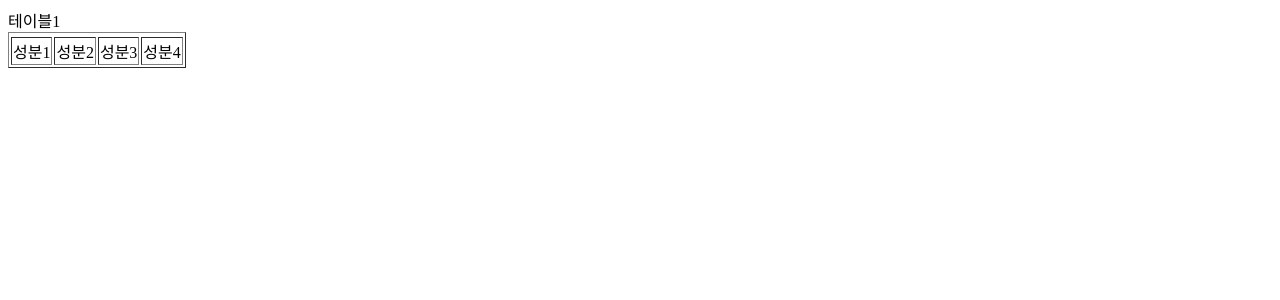
Repository: KimHeonSeung/TJE_HTML
Page: sources/day_04/WebContent/border_width.html
An editor plug-in stored every save of this project. The page is shown before and after the next save, followed by the edit.
The browser window is 1280 px wide. The pictures show the whole page.

Above is the page before, as saved 2019-05-15 01:05:18.

After the next save:
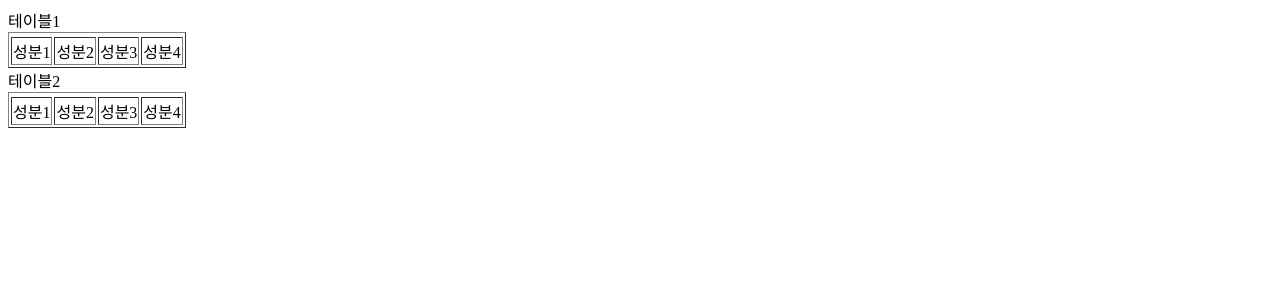
Saved 12 s later.
--- a/sources/day_04/WebContent/border_width.html
+++ b/sources/day_04/WebContent/border_width.html
@@ -20,6 +20,13 @@
 		<td>성분3</td>
 		<td>성분4</td>
 </table>
+<table class = "table2" border = "1">
+	<tr>테이블2</tr>
+		<td>성분1</td>
+		<td>성분2</td>
+		<td>성분3</td>
+		<td>성분4</td>
+</table>
 
 
 
